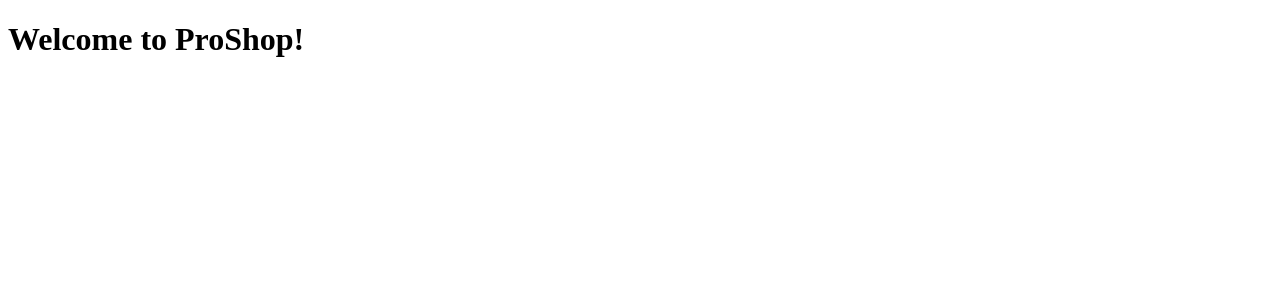
Repository: Lithium87/proshop
Page: / (app in frontend/)
These files come from the project's save history. The page is drawn as it stood at one moment and after the next save; the edit follows.
The browser window is 1280 px wide. The pictures show the whole page.
The project was rebuilt for these pictures with package versions that can differ from the ones it lists, and the page was loaded fresh each time. Also part of the build but not shown: frontend/src/index.css.

Above is the page before, as saved 2021-09-08 21:30:37.

After the next save:
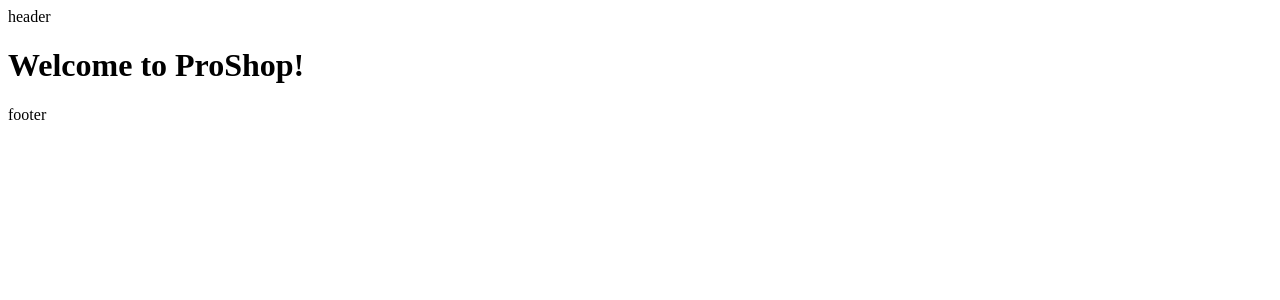
Saved 4 min 1 s later.
--- a/frontend/src/App.js
+++ b/frontend/src/App.js
@@ -1,7 +1,15 @@
+import React from 'react';
+import Header from './components/Header';
+import Footer from './components/Footer';
+
 const App = () => {
   return (
     <>
-      <h1>Welcome to ProShop!</h1>
+      <Header />
+      <main>
+        <h1>Welcome to ProShop!</h1>
+      </main>
+      <Footer />
     </>
   );
 }
